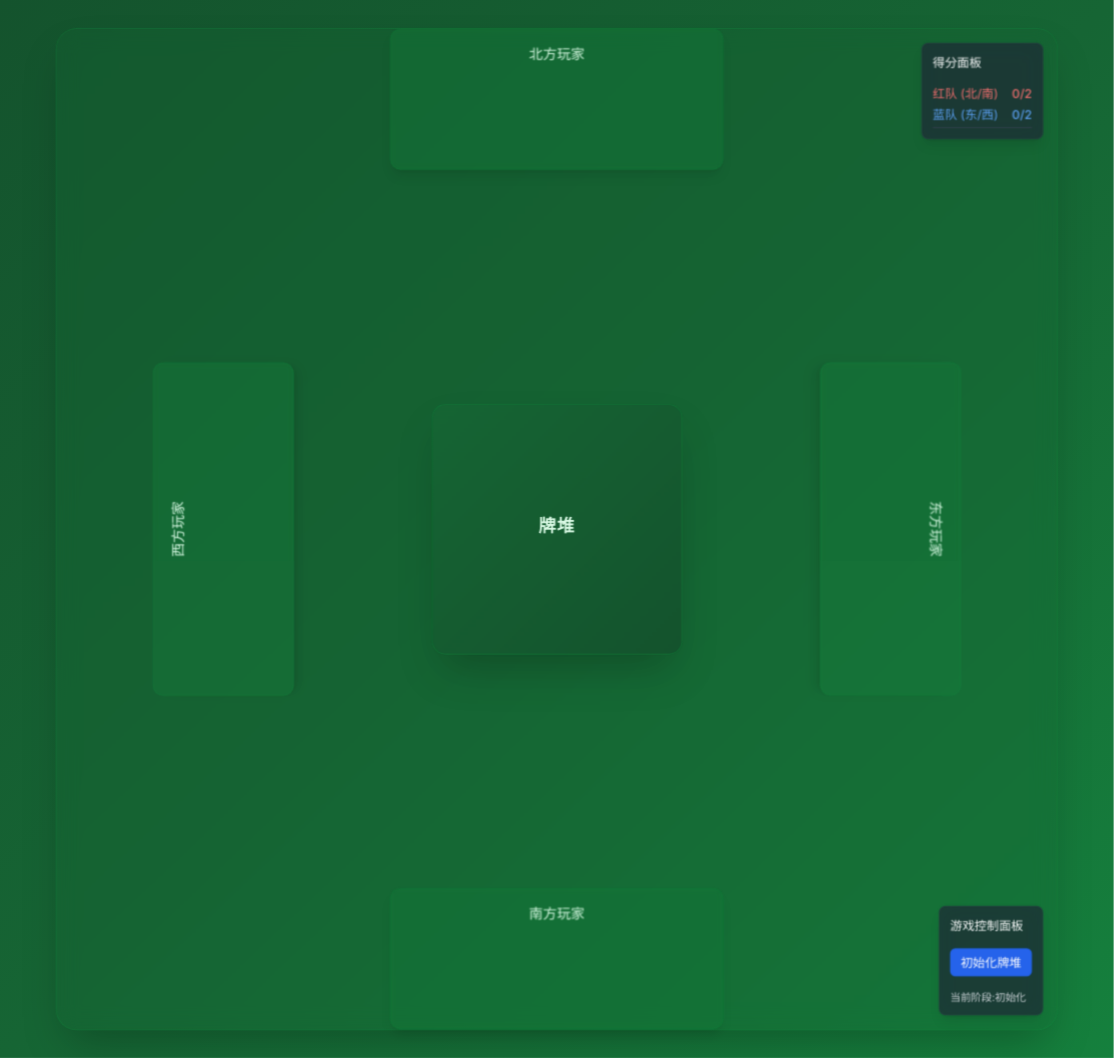
Repository: laofansay/Tractor80
Page: /
These files come from the project's save history. The page is drawn as it stood at one moment and after the next save; the edit follows.
The browser window is 1280 px wide. The pictures show the whole page, at 87% of full size.
The project was rebuilt for these pictures with package versions that can differ from the ones it lists, and the page was loaded fresh each time. The framework's server and built-in components were replaced by stand-ins that run in the browser. Also part of the build but not shown: next.config.js, app/components/Card.tsx.

Above is the page before, as saved 2025-03-11 12:40:37.

After the next save:
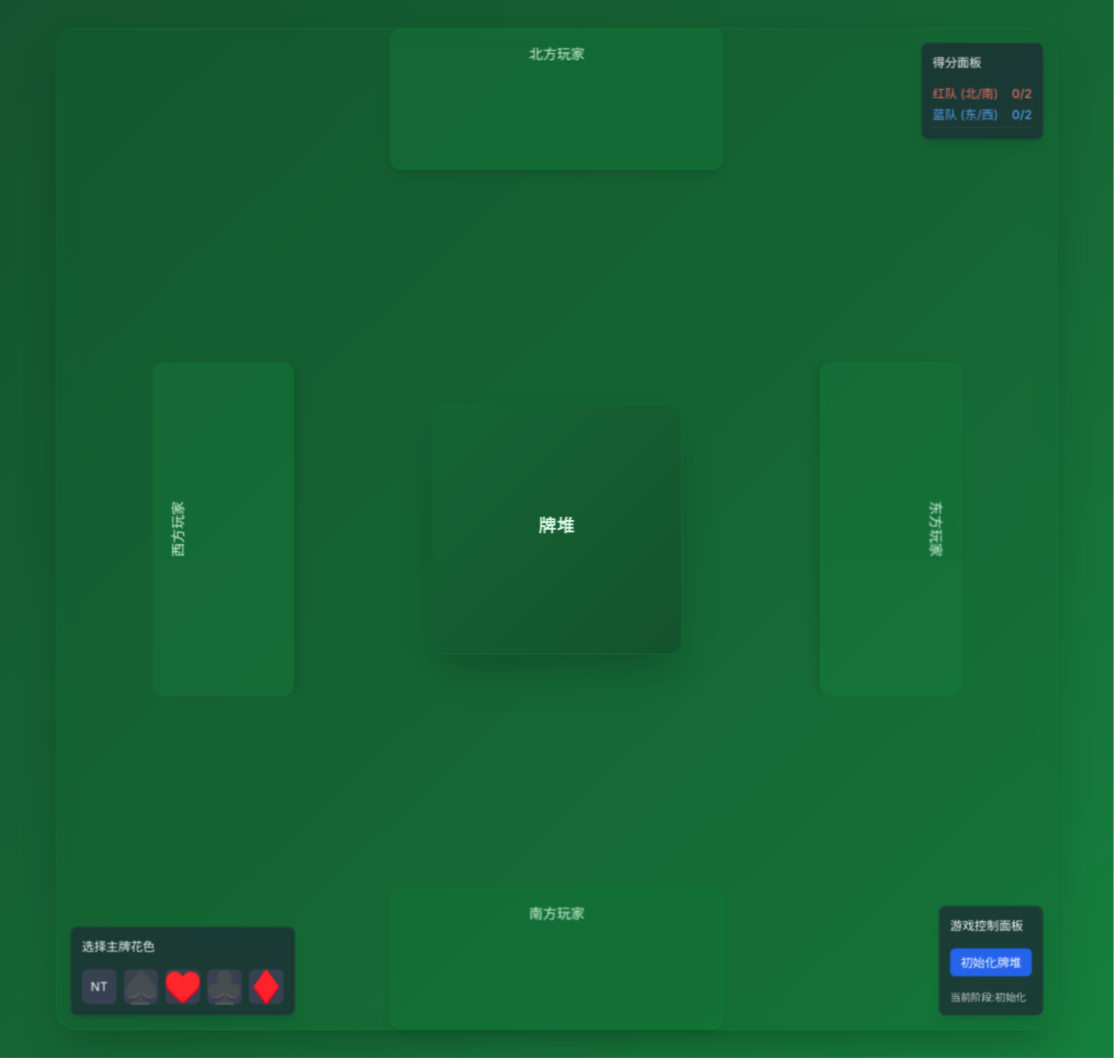
Saved 76 s later.
--- a/app/components/TrumpSelectionPanel.tsx
+++ b/app/components/TrumpSelectionPanel.tsx
@@ -10,11 +10,6 @@ type TrumpSelectionPanelProps = {
 };
 
 export function TrumpSelectionPanel({ onSelectTrump, gamePhase, availableSuits, trumpSuit }: TrumpSelectionPanelProps) {
-  // 只在亮主阶段显示
-  if (gamePhase !== 'trumpSelection') {
-    return null;
-  }
-
   // 检查是否已经选择了主牌
   const hasTrumpSelected = trumpSuit !== '';
 
